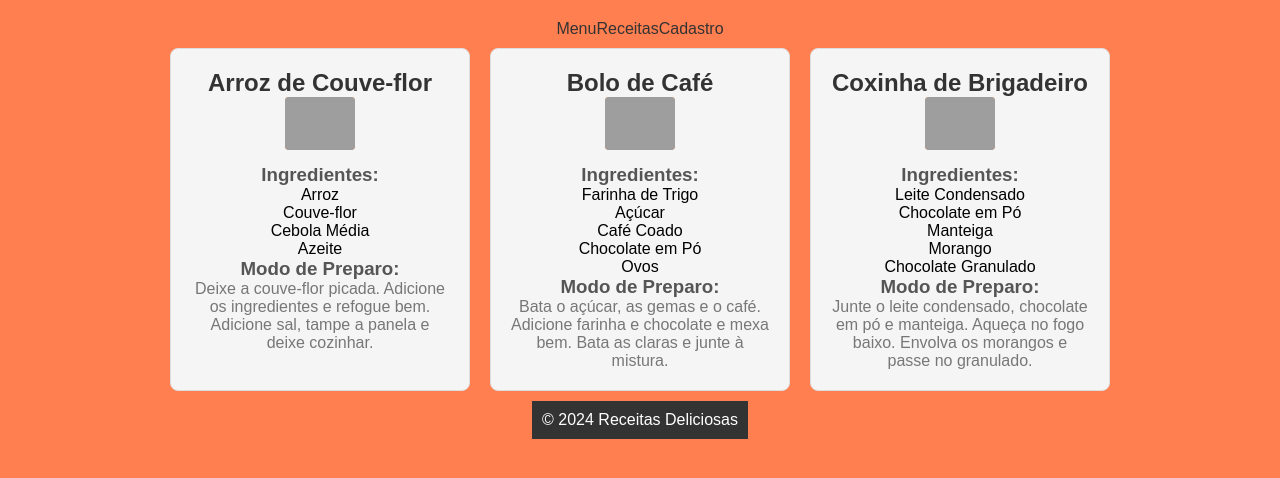
Repository: devropaes/RECEITAS
Page: OneDrive/Área de Trabalho/Estudos/Estácio/receitas/receitas.html
These files come from the project's save history. The page is drawn as it stood at one moment and after the next save; the edit follows.
The browser window is 1280 px wide. The pictures show the whole page.
Pictures or frames that could not be fetched are drawn as grey boxes.

Above is the page before, as saved 2024-03-12 17:56:44.

After the next save:
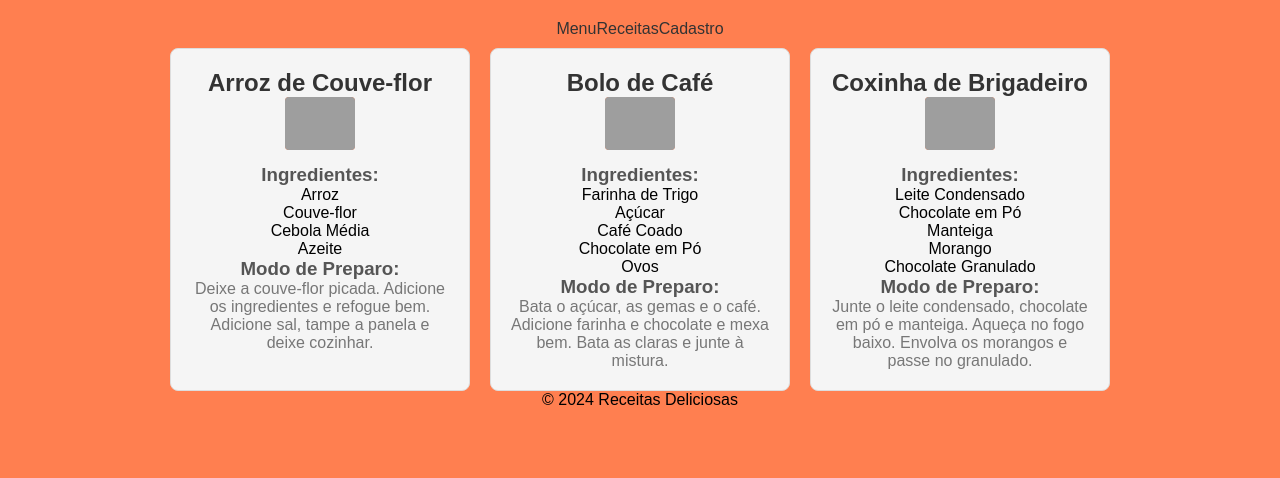
Saved 60 s later.
--- a/OneDrive/Área de Trabalho/Estudos/Estácio/receitas/receitas.css
+++ b/OneDrive/Área de Trabalho/Estudos/Estácio/receitas/receitas.css
@@ -93,13 +93,7 @@ nav a {
     color: #777;
 }
 
-footer {
-    background-color: #333;
-    color: #fff;
-    text-align: center;
-    padding: 10px;
-    margin-top: 10px; /* Adicione margem acima do rodapé */
-}
+
 
 .rodape {
     background-color: var(--cor-terciaria);
